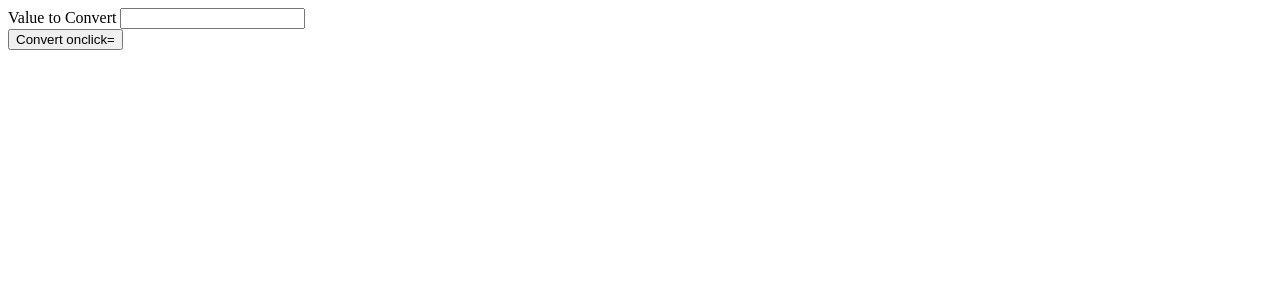
Repository: Kushal18/referesher_assignment1
Page: example/WebContent/typeof.html
These files come from the project's save history. The page is drawn as it stood at one moment and after the next save; the edit follows.
The browser window is 1280 px wide. The pictures show the whole page.

Above is the page before, as saved 2016-09-14 00:16:42.

After the next save:
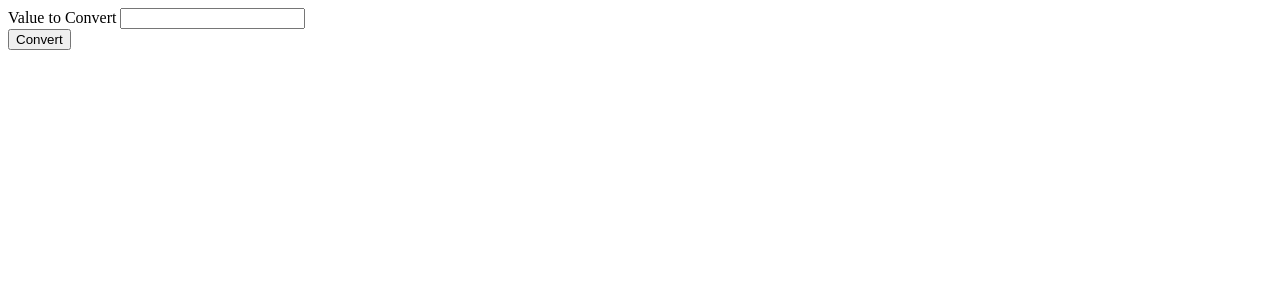
Saved 38 s later.
--- a/example/WebContent/typeof.html
+++ b/example/WebContent/typeof.html
@@ -5,5 +5,5 @@
 </head>
 <body>
  Value to Convert <input type="text" name="firstname" id="convert">
- <br> <input type="button" id="submit" value="Convert onclick="Convert()" />
+ <br> <input type="button" id="submit" value="Convert" onclick="Convert()" /> </br>
 </body>
